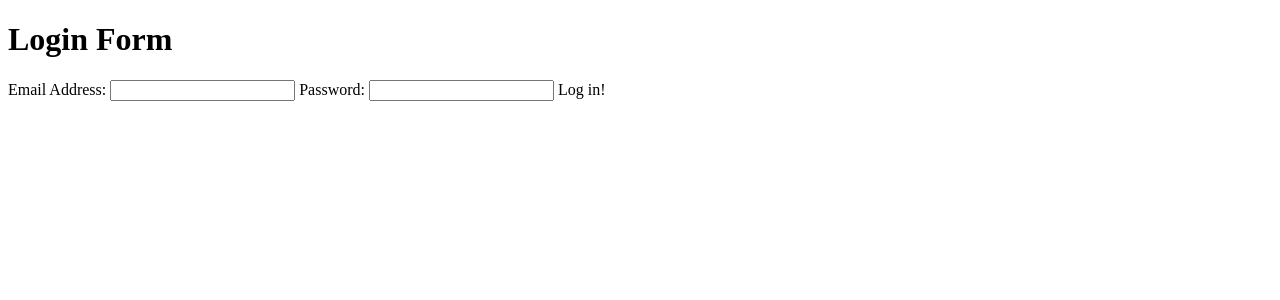
Repository: ryanaanderson0/COSW30
Page: http://localhost/Labwork/Lab2/login.php
The author's editor kept a record of every edit. The page is drawn from the files as they stood at one moment, then again after the next edit.
The browser window is 1280 px wide. The pictures show the whole page.
The page is run by PHP 8.4 with error messages shown; the project is at /var/www/html/.

Above is the page before.

After the next edit:
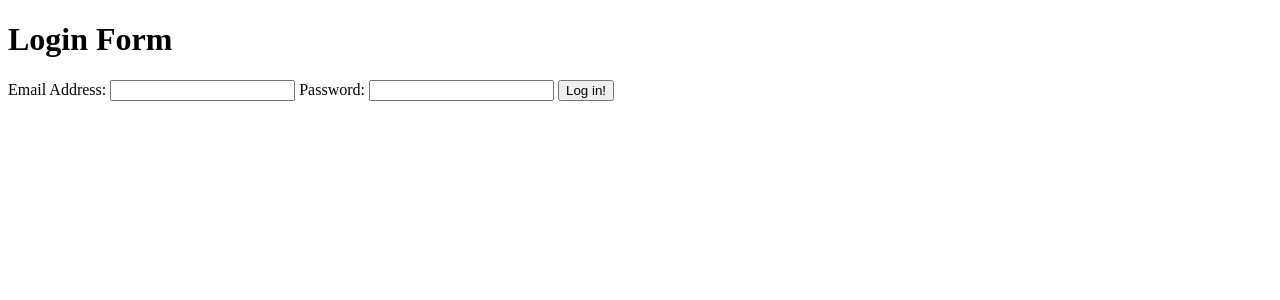
The edit:
--- a/Labwork/Lab2/login.php
+++ b/Labwork/Lab2/login.php
@@ -13,7 +13,7 @@
             <label for="password">Password:</label>
             <input type="password" name="password" id="password" required>
 
-            <buttons>Log in!</buttons>
+            <button>Log in!</button>
 
         </form>
     </body>
